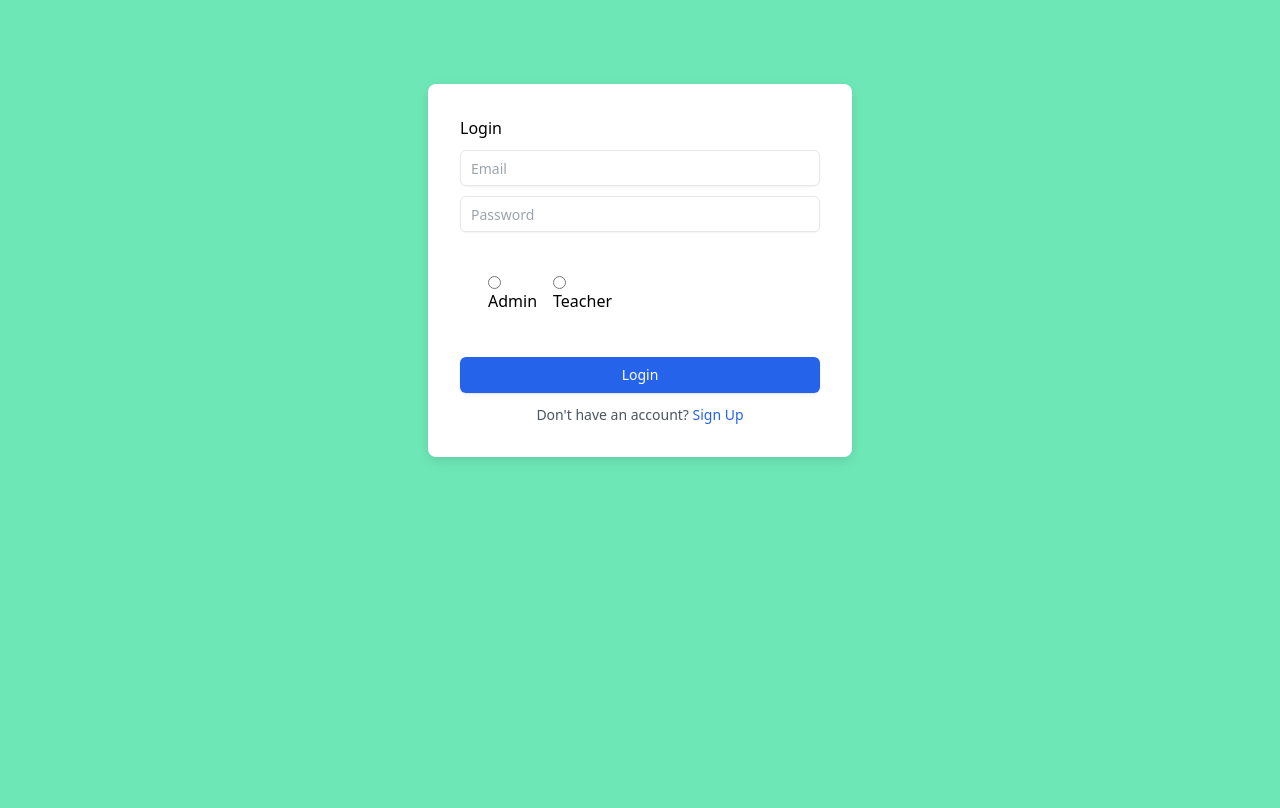
Repository: Haseeb467/Faculty-Online-data
Page: /
An editor plug-in stored every save of this project. The page is shown before and after the next save, followed by the edit.
The browser window is 1280 px wide. The pictures show the whole page.
The project was rebuilt for these pictures with package versions that can differ from the ones it lists, and the page was loaded fresh each time. Also part of the build but not shown: vite.config.ts, src/Components/Sidebar.tsx, src/Admin/EditTeacher/EditTeacher.tsx, src/Pages/mainPage/MainPageItems.tsx, src/Components/Loader.css, src/Components/Hourglass.tsx, src/Components/NavBar.tsx, src/Components/AdminLayout.tsx and 12 more.

Above is the page before, as saved 2024-12-29 15:04:27.

### index.html
<!-- <!doctype html> -->
<html lang="en">
  <head>
    <meta charset="UTF-8" />
    <link rel="icon" type="svg+xml" href="/vite.svg" />
    <meta name="viewport" content="width=device-width, initial-scale=1.0" />
    <title>Vite + React + TS</title>
  </head>
  <body>
    <div id="root"></div>
    <script type="module" src="/src/main.tsx"></script>
  </body>
</html>

### src/main.tsx
// import { StrictMode } from 'react'
// import { createRoot } from 'react-dom/client'
import React from 'react'
import ReactDOM from 'react-dom/client'
import './index.css'
import App from './App.tsx'
import { BrowserRouter } from 'react-router-dom';
// import { BrowserRouter } from 'react-router-dom';

ReactDOM.createRoot(document.getElementById('root')!).render(
  <React.StrictMode>
    <BrowserRouter>
    <App />
    </BrowserRouter>
  </React.StrictMode>
);

### src/index.css
/* src/styles/Home.css */
@tailwind base;
@tailwind components;
@tailwind utilities;
*{
  padding: 0;
  margin: 0;
  box-sizing: border-box;
}

.home-page {
  display: flex;
  flex-direction: column;
  align-items: center;
  justify-content: center;
  height: 100vh;
  background-color: #f7f7f7;
}

.login-form {
  background: white;
  padding: 2rem;
  border-radius: 8px;
  box-shadow: 0 4px 12px rgba(0, 0, 0, 0.1);
}

.login-form Input{
  display: flex;
  padding: 10px;
  }
  .login-form-data-1{
    margin: 10px 0px;
  }
  .login-form-data-2{
    margin: 10px 0px;
  }

.role-selection {
  margin: 1rem 0;
  display: flex;
  gap: 1rem;
  /* padding: 20px; */
}
body::-webkit-scrollbar {
  display: none;  /* Hide scrollbar for Webkit browsers */
}
chatgpt-sidebar{
  display: none;
  background-color: lightgray;
  border: 1px solid black;
  height: 100px;
}
chatgpt-sidebar-popups{
display: none;
  background-color: lightgray;
  border: 1px solid black;
  height: 100px;

}

### src/App.tsx
import './App.css'
import { ToastContainer } from "react-toastify";
import 'react-toastify/dist/ReactToastify.css';
import EditTeacher from './Admin/EditTeacher/EditTeacher';
import MainPageItems from './Pages/mainPage/MainPageItems';
import AdminLayout from './Components/AdminLayout';
import AddTeacher from './Admin/AddTeacher/AddTeacher';
import { Routes, Route, Navigate, } from 'react-router-dom';
import LoginForm from './Components/LoginForm';
import MainPage from './Pages/mainPage/MainPage';
import EditTeacherByAdmin from './Admin/EditTeacher';
import SideBar from './Components/Sidebar';
import NavBar from './Components/NavBar';
import ProtectedRoute from './Components/ProtectedRoute';
import AllTeacherDataPanelByAdmin from './Admin/AllTeacherDataByAdmin/AllTeacherDataPanelByAdmin';
import DeleteTeacherByAdmin from './Admin/DeleteTeacher';
import AuthProvider from './Contexts/AuthContext';
import UserReport from './Components/userDataReport';
import TeacherNavbar from './Pages/mainPage/TeacherNavbar';
import TeacherEdit from './Teacher/TeacherEdit';

function App() {
  return (
    <div className='bg-emerald-300  p-1' >
      <ToastContainer />
      <AuthProvider >
        <Routes>
          {/* Login page */}
          <Route path="/" element={<LoginForm />} />

          {/* Admin Page Routes */}
          <Route path="/admin" element={<ProtectedRoute requiredRole='admin'>
            <AdminLayout children={undefined} />
          </ProtectedRoute>
          }>
            <Route index element={<Navigate to="add-teacher" replace />} />
            <Route path="add-teacher" element={<AddTeacher />} />
            <Route path="EditTeacherByAdmin" element={<EditTeacherByAdmin />} />
            <Route path="DeleteTeacherByAdmin" element={<DeleteTeacherByAdmin />} />
            <Route path="AllTeacherDataPanelByAdmin" element={<AllTeacherDataPanelByAdmin />} />
            <Route path="userReport" element={<UserReport />} />
          </Route>

          {/* Teacher Page Routes */}
          <Route path="/teacher" element={<ProtectedRoute requiredRole='teacher'>
            <MainPage />
          </ProtectedRoute>
          }>
            <Route path="teacher1" element={<MainPage />} />
          <Route path="TeacherNavbar" element={<TeacherNavbar />} />
          </Route>

          <Route path="TeacherEdit/:email" element={<TeacherEdit />} />
          <Route path="/EditTeacher/:teacherId" element={<EditTeacher />} />
          <Route path="MainPageItems" element={<MainPageItems />} />
          <Route path="NavBar" element={<NavBar />} />
          <Route path="SideBar" element={<SideBar />} />

        </Routes>
      </AuthProvider>
    </ div >
  )
}

export default App

### src/App.css
*{
  padding: 0;
  margin: 0;
  box-sizing: border-box;
}
.scroll-container::-webkit-scrollbar {
  display: none;  /* Hide scrollbar for Webkit browsers */
}
#chatgpt-sidebar {
  display: none;
}

### src/Components/LoginForm.tsx
import { Button } from "./ui/button";
import { Input } from "./ui/input";
import { doc, getDoc } from "firebase/firestore";
import { getAuth, signInWithEmailAndPassword } from "firebase/auth";
import { db } from "@/firebasedbconfig/dbconfig";
import { app } from "@/firebasedbconfig/dbconfig";
import "@/App.css";
import "@/index.css";
import { useState } from "react";
import { FirebaseError } from "firebase/app";
import { toast, ToastContainer } from "react-toastify";
import "react-toastify/dist/ReactToastify.css";
import { Link, useNavigate } from "react-router-dom";
import { useAuth } from "@/Contexts/AuthContext";
import Loader from "./Hourglass";

const LoginForm = () => {
    const navigate = useNavigate();
    const auth = getAuth(app);
    const { setUserRole } = useAuth();
    const [email, setEmail] = useState("");
    const [password, setPassword] = useState("");
    const [role, setRole] = useState("");
    const [loading, setLoading] = useState(false);

    const handleRoleChange = (e: React.ChangeEvent<HTMLInputElement>) => {
        setRole(e.target.value);
    };

    const isValidEmail = (email: string) => {
        const emailRegex = /^[^\s@]+@[^\s@]+\.[^\s@]+$/;
        return emailRegex.test(email);
    };

    const handleSubmit = async (e: React.FormEvent<HTMLFormElement>) => {
        e.preventDefault();
        setLoading(true);

        try {
            const userCred = await signInWithEmailAndPassword(auth, email, password);
            const userDocRef = doc(db, "users", userCred.user.uid);
            const userDoc = await getDoc(userDocRef);

            if (!userDoc.exists()) {
                toast.error("User does not exist!");
                return;
            }

            const userData = userDoc.data();
            const userRole = userData.role.toLowerCase();
            const isactive = userData.isactive;

            if (userRole !== role.toLowerCase()) {
                toast.error("Incorrect role selected. Please select the correct role.");
                return;
            }

            if (!isValidEmail(email)) {
                toast.error("Invalid email format. Please enter a valid email address.");
                return;
            }

            if (!isactive) {
                toast.error("You are not an active user. Please contact the admin.");
                return;
            }

            setUserRole(userRole);

            if (userRole === "admin") {
                navigate("/admin", { replace: true });
                toast.success("Welcome Admin!");
            } else if (userRole === "teacher") {
                navigate("/teacher", { replace: true });
                toast.success("Welcome Teacher!");
            } else {
                toast.error("Invalid role assignment.");
            }
        } catch (error) {
            const firebaseError = error as FirebaseError;
            switch (firebaseError.code) {
                case "auth/user-not-found":
                    toast.error("No user found with this email address.");
                    break;
                case "auth/wrong-password":
                    toast.error("Incorrect password. Please try again.");
                    break;
                case "auth/too-many-requests":
                    toast.error("Too many login attempts. Please try again later.");
                    break;
                default:
                    toast.error(`Login failed: ${firebaseError.message}`);
            }
        } finally {
            setLoading(false); // Ensure loading is stopped in all cases
        }
    };

    return (
        <div className="h-screen">
            <ToastContainer />
            {loading ? (
                <div className="h-screen flex justify-center items-center">
                    <Loader />
                </div>
            ) : (
                <form onSubmit={handleSubmit}>
                    <div className="login-form w-1/3 m-auto mt-20 p-10 rounded-lg shadow-lg">
                        <div className="login-form-data">
                            <h2>Login</h2>
                            <div className="login-form-data-1">
                                <Input
                                    placeholder="Email"
                                    value={email}
                                    onChange={(e) => setEmail(e.target.value)}
                                />
                            </div>
                            <div className="login-form-data-2">
                                <Input
                                    type="password"
                                    placeholder="Password"
                                    value={password}
                                    onChange={(e) => setPassword(e.target.value)}
                                />
                            </div>
                        </div>
                        <div className="role-selection p-7 flex items-center">
                            <label>
                                <input
                                    type="radio"
                                    value="Admin"
                                    checked={role === "Admin"}
                                    onChange={handleRoleChange}
                                />
                                Admin
                            </label>
                            <label>
                                <input
                                    type="radio"
                                    value="Teacher"
                                    checked={role === "Teacher"}
                                    onChange={handleRoleChange}
                                />
                                Teacher
                            </label>
                        </div>
                        <Button
                            type="submit"
                            className="w-full bg-blue-600 text-white py-2 px-4 rounded-md hover:bg-blue-700 focus:outline-none focus:ring-2 focus:ring-blue-500 focus:ring-offset-2"
                        >
                            Login
                        </Button>
                        <div className="flex flex-col mt-3 items-center justify-center">
                            <span className="text-sm text-gray-600">
                                Don't have an account?{" "}
                                <Link to="/" className="text-blue-600 hover:text-blue-800">
                                    Sign Up
                                </Link>
                            </span>
                        </div>
                    </div>
                </form>
            )}
        </div>
    );
};

export default LoginForm;

### src/Contexts/AuthContext.tsx
import { createContext, useContext, useState, useEffect, ReactNode, FC } from 'react';
import { getAuth, onAuthStateChanged, User } from 'firebase/auth';
import { app } from '../firebasedbconfig/dbconfig';

type AuthContextType = {
    currentUser: User | null,
    role: string | null,
    setRole: (role: string) => void;
    setUserRole: (role: string) => void;
};
export const AuthContext = createContext<AuthContextType>({
    currentUser: null,
    role: null,
    setRole: () => { },
    setUserRole: (role: string) => { role },
});

export const useAuth = () => useContext(AuthContext)

interface AuthProviderProps {
    children: ReactNode;
}

const AuthProvider: FC<AuthProviderProps> = ({ children }: { children: ReactNode }) => {
    const [role, setRole] = useState("Teacher");
    const [currentUser, setCurrentUser] = useState<User | null>(null);
    const auth = getAuth(app);

    useEffect(() => {
        const unSubscribe = onAuthStateChanged(auth, (user) => {
            setCurrentUser(user);
        })
        return unSubscribe;
    }, [auth])

    const value = {
        currentUser,
        role,
        setRole,
        setUserRole: (role: string) => { setRole(role); },
    };

    return (
        <AuthContext.Provider value={value}>
            {children}
        </AuthContext.Provider>
    );
};
export default AuthProvider;

### src/firebasedbconfig/dbconfig.ts
import { initializeApp } from "firebase/app";
import { getFirestore } from "firebase/firestore";
import { getStorage } from "firebase/storage";
import { getAuth } from "firebase/auth";

const firebaseConfig = {
  apiKey: "AIzaSyD7sC13osQQuH8FW6NbAOxiqcHPACF2Vng",
  authDomain: "fms-4-ts.firebaseapp.com",
  databaseURL: "https://fms-4-ts-default-rtdb.firebaseio.com",
  projectId: "fms-4-ts",
  storageBucket: "fms-4-ts.firebasestorage.app",
  messagingSenderId: "776841904816",
  appId: "1:776841904816:web:9f7a8edcb1471ac64eb175",
  measurementId: "G-92RN4N49NX"
};
// Initialize Firebase
const app = initializeApp(firebaseConfig);
// const analytics = getAnalytics(app);
const txtDB = getFirestore(app);
const storage = getStorage(app);
const db = getFirestore(app);
const auth = getAuth(app);
export { txtDB, storage, db, auth, app, getFirestore };

### src/Components/ui/button.tsx
import * as React from "react"
import { Slot } from "@radix-ui/react-slot"
import { cva, type VariantProps } from "class-variance-authority"

import { cn } from "@/lib/utils"

const buttonVariants = cva(
  "inline-flex items-center justify-center gap-2 whitespace-nowrap rounded-md text-sm font-medium transition-colors focus-visible:outline-none focus-visible:ring-1 focus-visible:ring-ring disabled:pointer-events-none disabled:opacity-50 [&_svg]:pointer-events-none [&_svg]:size-4 [&_svg]:shrink-0",
  {
    variants: {
      variant: {
        default:
          "bg-primary text-primary-foreground shadow hover:bg-primary/90",
        destructive:
          "bg-destructive text-destructive-foreground shadow-sm hover:bg-destructive/90",
        outline:
          "border border-input bg-background shadow-sm hover:bg-accent hover:text-accent-foreground",
        secondary:
          "bg-secondary text-secondary-foreground shadow-sm hover:bg-secondary/80",
        ghost: "hover:bg-accent hover:text-accent-foreground",
        link: "text-primary underline-offset-4 hover:underline",
      },
      size: {
        default: "h-9 px-4 py-2",
        sm: "h-8 rounded-md px-3 text-xs",
        lg: "h-10 rounded-md px-8",
        icon: "h-9 w-9",
      },
    },
    defaultVariants: {
      variant: "default",
      size: "default",
    },
  }
)

export interface ButtonProps
  extends React.ButtonHTMLAttributes<HTMLButtonElement>,
    VariantProps<typeof buttonVariants> {
  asChild?: boolean
}

const Button = React.forwardRef<HTMLButtonElement, ButtonProps>(
  ({ className, variant, size, asChild = false, ...props }, ref) => {
    const Comp = asChild ? Slot : "button"
    return (
      <Comp
        className={cn(buttonVariants({ variant, size, className }))}
        ref={ref}
        {...props}
      />
    )
  }
)
Button.displayName = "Button"

export { Button, buttonVariants }

### src/Components/ui/input.tsx
import * as React from "react"

import { cn } from "@/lib/utils"

export interface InputProps
  extends React.InputHTMLAttributes<HTMLInputElement> {}

const Input = React.forwardRef<HTMLInputElement, InputProps>(
  ({ className, type, ...props }, ref) => {
    return (
      <input
        type={type}
        className={cn(
          "flex h-9 w-full rounded-md border border-input bg-transparent px-3 py-1 text-base shadow-sm transition-colors file:border-0 file:bg-transparent file:text-sm file:font-medium file:text-foreground placeholder:text-muted-foreground focus-visible:outline-none focus-visible:ring-1 focus-visible:ring-ring disabled:cursor-not-allowed disabled:opacity-50 md:text-sm",
          className
        )}
        ref={ref}
        {...props}
      />
    )
  }
)
Input.displayName = "Input"

export { Input }

### tailwind.config.js
/** @type {import('tailwindcss').Config} */
export default {
    darkMode: ["class"],
    content: ["./index.html", "./src/**/*.{ts,tsx,js,jsx}"],
  theme: {
  	extend: {
  		// colors: {
  		// 	sidebar: {
  		// 		DEFAULT: 'hsl(var(--sidebar-background))',
  		// 		foreground: 'hsl(var(--sidebar-foreground))',
  		// 		primary: 'hsl(var(--sidebar-primary))',
  		// 		'primary-foreground': 'hsl(var(--sidebar-primary-foreground))',
  		// 		accent: 'hsl(var(--sidebar-accent))',
  		// 		'accent-foreground': 'hsl(var(--sidebar-accent-foreground))',
  		// 		border: 'hsl(var(--sidebar-border))',
  		// 		ring: 'hsl(var(--sidebar-ring))'
  		// 	}
  		// }
  	}
  },
  plugins: [],
}

// /** @type {import('tailwindcss').Config} */
// export default {
//   darkMode: ["class"],
//   content: ["./index.html", "./src/**/*.{ts,tsx,js,jsx}"],
//   theme: {
//     extend: {
//       keyframes: {
//         "hourglass-rotate": {
//           "0%": { transform: "rotateX(0deg)" },
//           "50%": { transform: "rotateX(180deg)" },
//           "100%": { transform: "rotateX(180deg)" },
//         },
//         "hourglass-hide": {
//           "0%": { opacity: "1" },
//           "25%": { opacity: "0" },
//           "30%": { opacity: "0" },
//           "40%": { opacity: "1" },
//           "100%": { opacity: "1" },
//         },
//         "sand-stream": {
//           "0%": { height: "0px", top: "35px" },
//           "50%": { height: "35px", top: "8px" },
//           "100%": { height: "0px", top: "8px" },
//         },
//         "sand-fillup": {
//           "0%": { opacity: "0", height: "0" },
//           "60%": { opacity: "1", height: "0" },
//           "100%": { opacity: "1", height: "17px" },
//         },
//         "sand-deplete": {
//           "0%": { opacity: "0", height: "17px" },
//           "100%": { opacity: "1", height: "0px" },
//         },
//       },
//       animation: {
//         "hourglass-rotate": "hourglass-rotate 2s ease-in infinite",
//         "hourglass-hide": "hourglass-hide 2s ease-in infinite",
//         "sand-stream": "sand-stream 2s ease-in infinite",
//         "sand-fillup": "sand-fillup 2s ease-in infinite",
//         "sand-deplete": "sand-deplete 2s ease-in infinite",
//       },
//     },
//   },
//   plugins: [],
// };

Loaded but not shown: src/lib/utils.ts (common file)

After the next save:
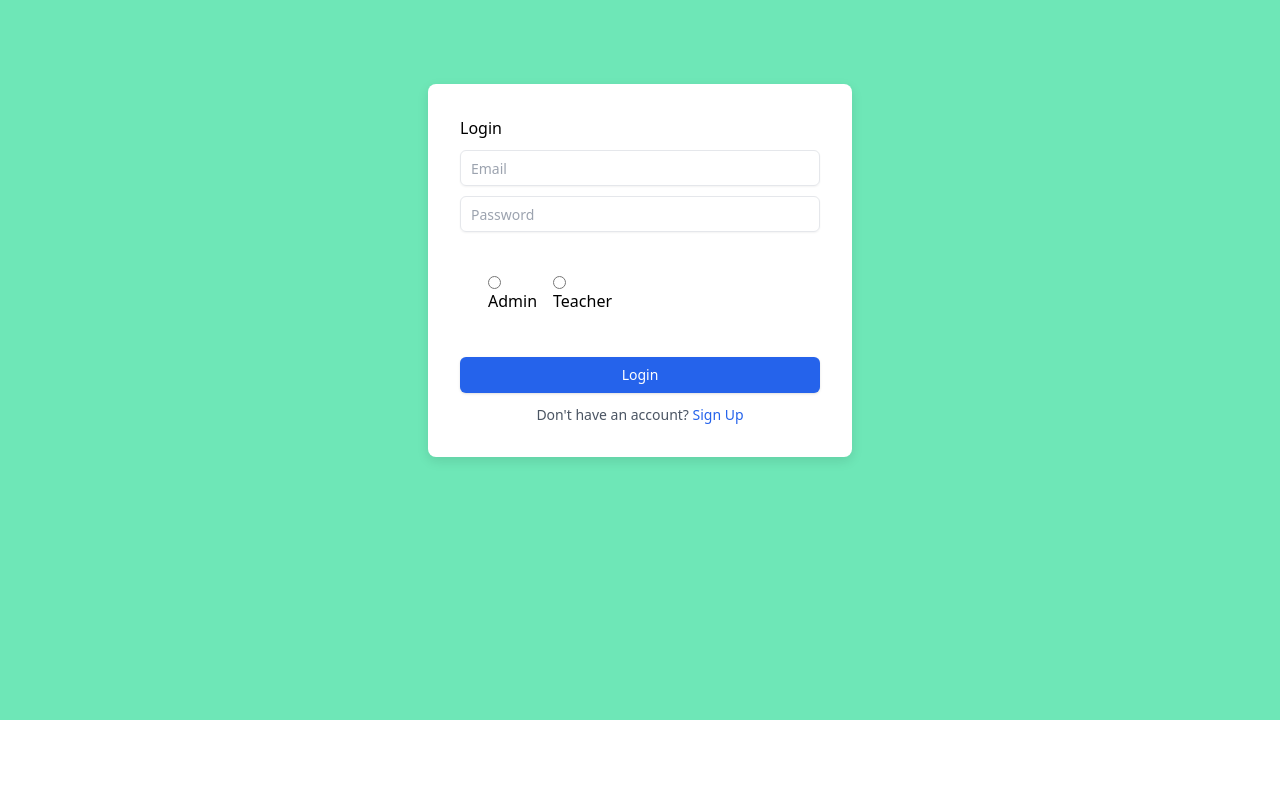
Saved 4 s later.
--- a/src/App.tsx
+++ b/src/App.tsx
@@ -21,7 +21,7 @@
 
 function App() {
   return (
-    <div className='bg-emerald-300  p-1' >
+    <div className='bg-emerald-300 h-screen p-1' >
       <ToastContainer />
       <AuthProvider >
         <Routes>

After the save that followed:
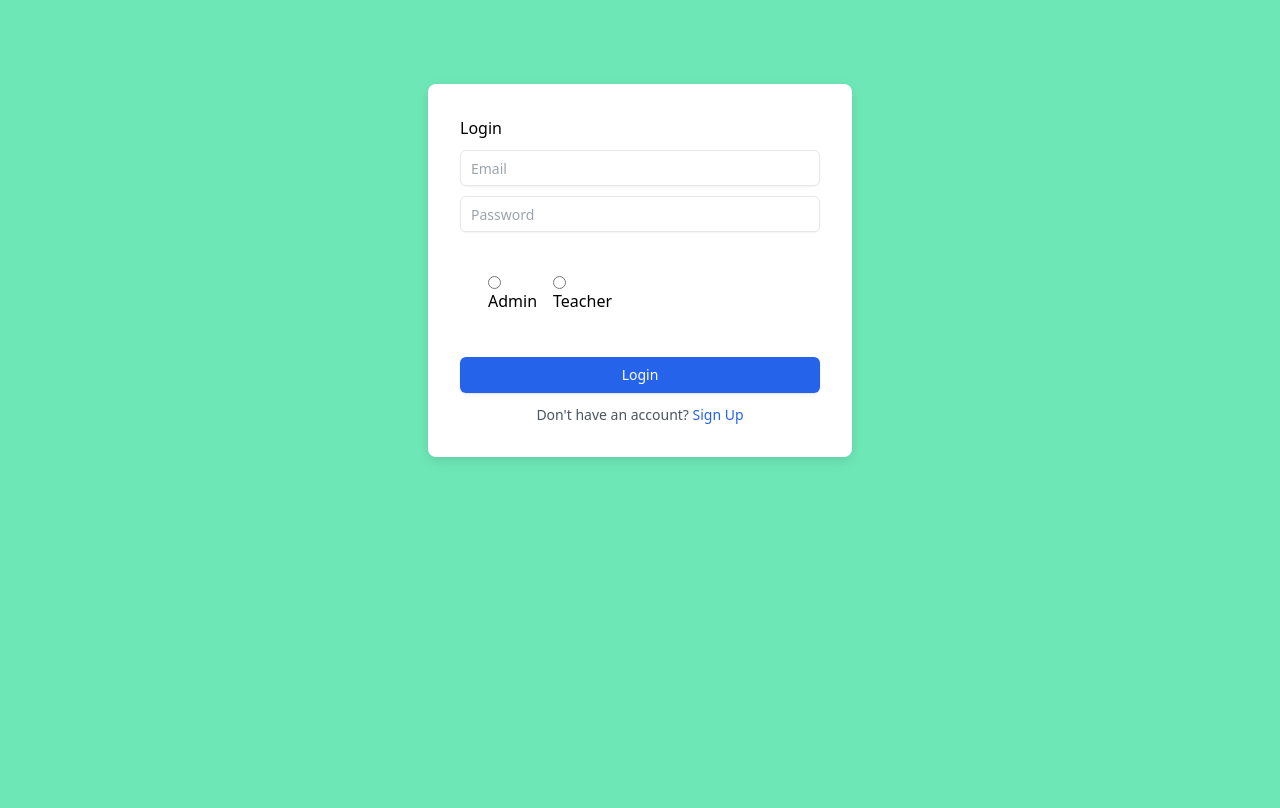
Saved 7 s later.
--- a/src/App.tsx
+++ b/src/App.tsx
@@ -21,7 +21,7 @@
 
 function App() {
   return (
-    <div className='bg-emerald-300 h-screen p-1' >
+    <div className='bg-emerald-300  p-1' >
       <ToastContainer />
       <AuthProvider >
         <Routes>
